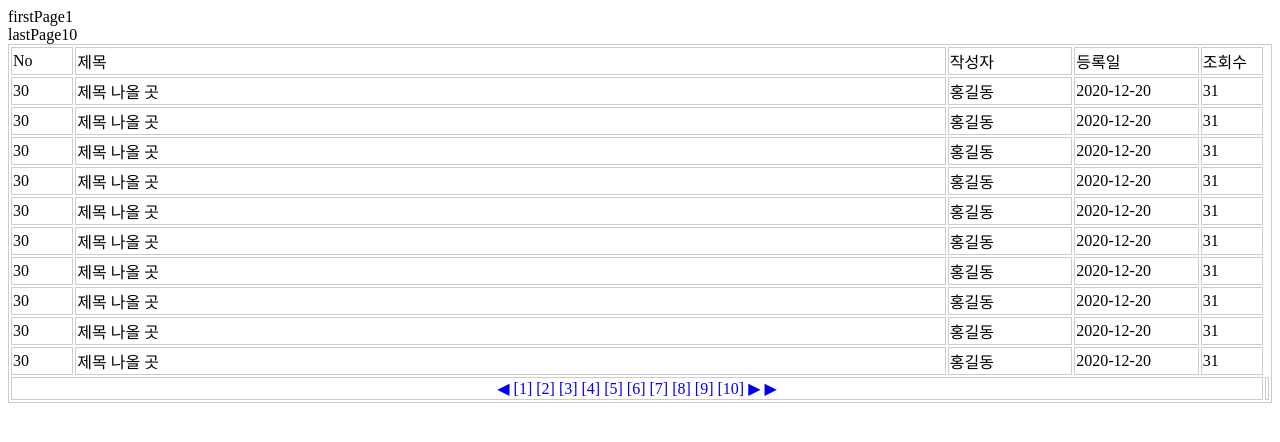
Repository: SyngyeonTak/javaee_workspace
Page: http://localhost/BoardApp/news/list.jsp
The author's editor kept a copy of each file at every save. The page is drawn from the files as they stood at one save, then again after the next save.
The browser window is 1280 px wide. The pictures show the whole page.
The page is served by Tomcat 9.

Above is the page before, as saved 2020-12-09 01:30:12.

After the next save:
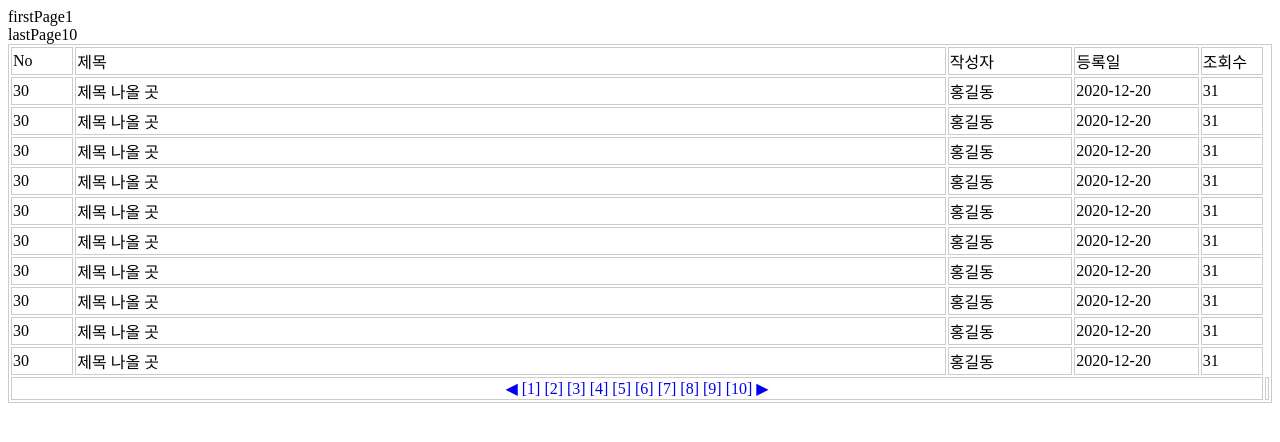
Saved 15 s later.
--- a/BoardApp/WebContent/news/list.jsp
+++ b/BoardApp/WebContent/news/list.jsp
@@ -73,9 +73,9 @@ a{
 				<%if(lastPage <= totalPage){ %>
 					<a href = "list.jsp?currentPage=<%=lastPage+1 %>">▶</a>
 				<%}else{ %>
-					<a href = "javascrip:alert('처음페이지 입니다.')">◀</a>
+					<a href = "javascrip:alert('마지막페이지 입니다.')">▶</a>
 				<%} %>
-				<a href = "list.jsp?currentPage=<%=lastPage+1 %>">▶</a>
+
 			<td>
 		</tr>
 	</table>
